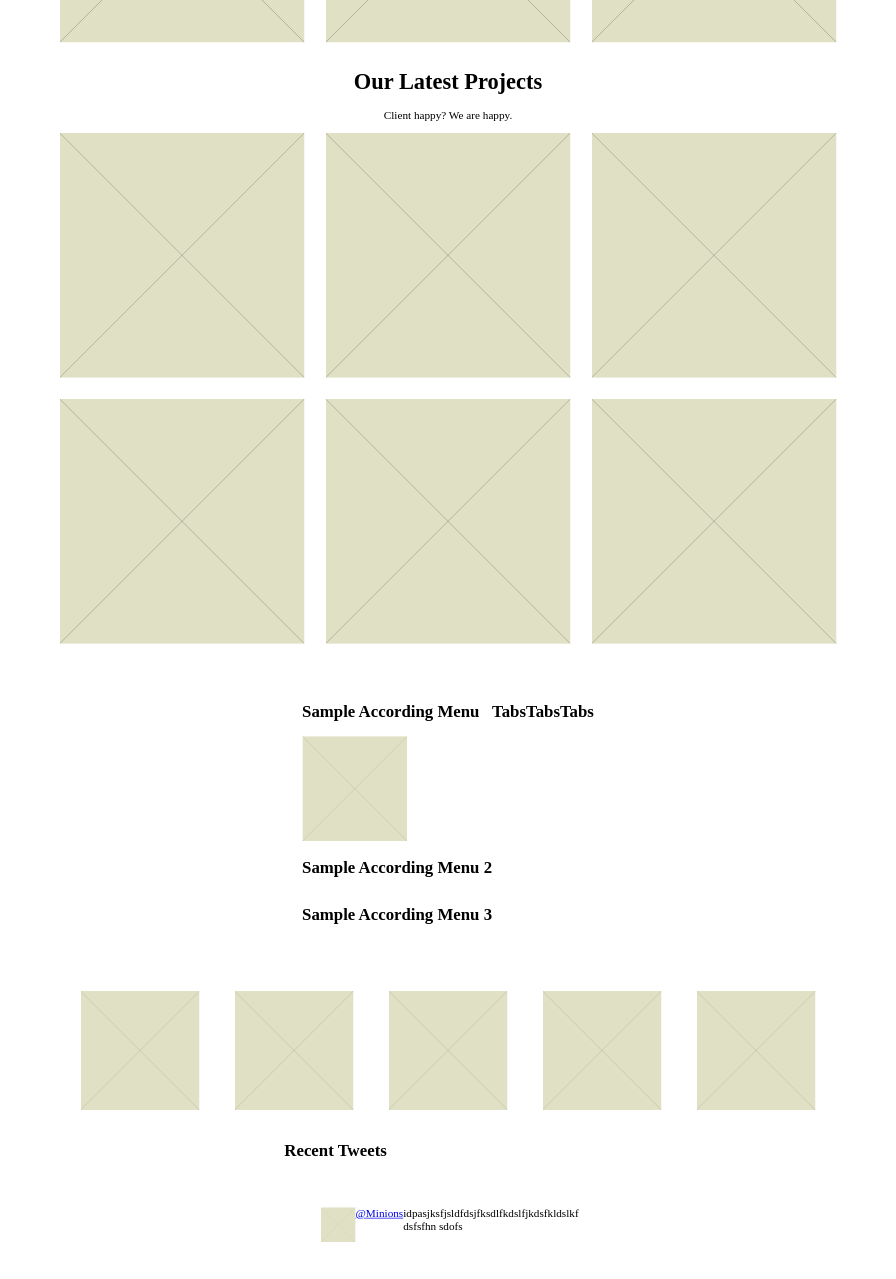
Repository: ReallyNguyen/responsive-web
Page: index.html
An editor plug-in stored every save of this project. The page is shown before and after the next save, followed by the edit.
The browser window is 1280 px wide. The pictures show the part of the page from y = 854 to 2774 px (the page is 2681 px tall before and 2774 px after), at 70% of full size.

Above is the page before, as saved 2023-01-25 21:37:08.

After the next save:
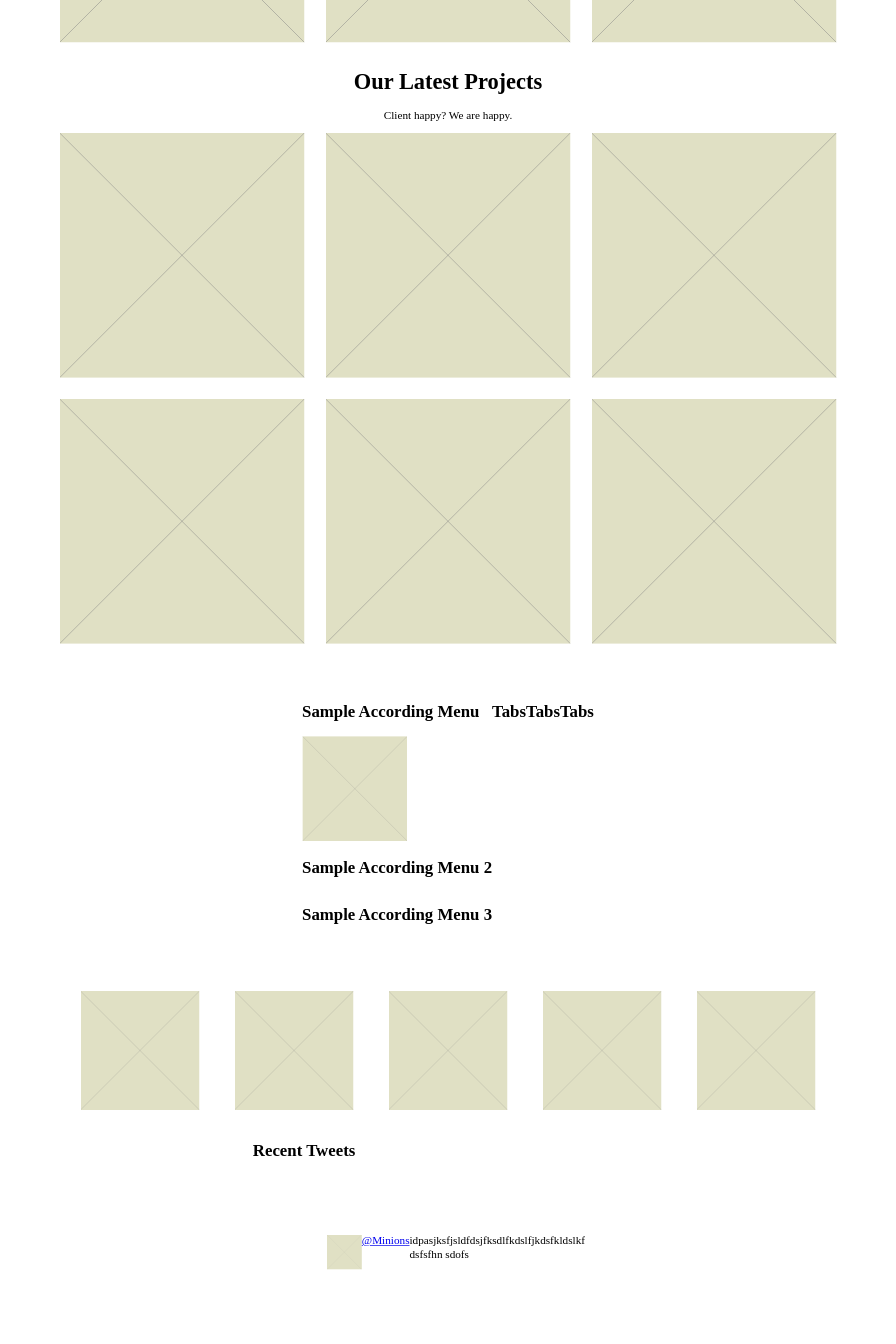
Saved 6 s later.
--- a/css/main.css
+++ b/css/main.css
@@ -14,7 +14,7 @@
   display: flex;
   flex-direction: row;
   padding: 10%;
-  margin: 5px;
+  margin: 50px;
 }
 
 article>div {
